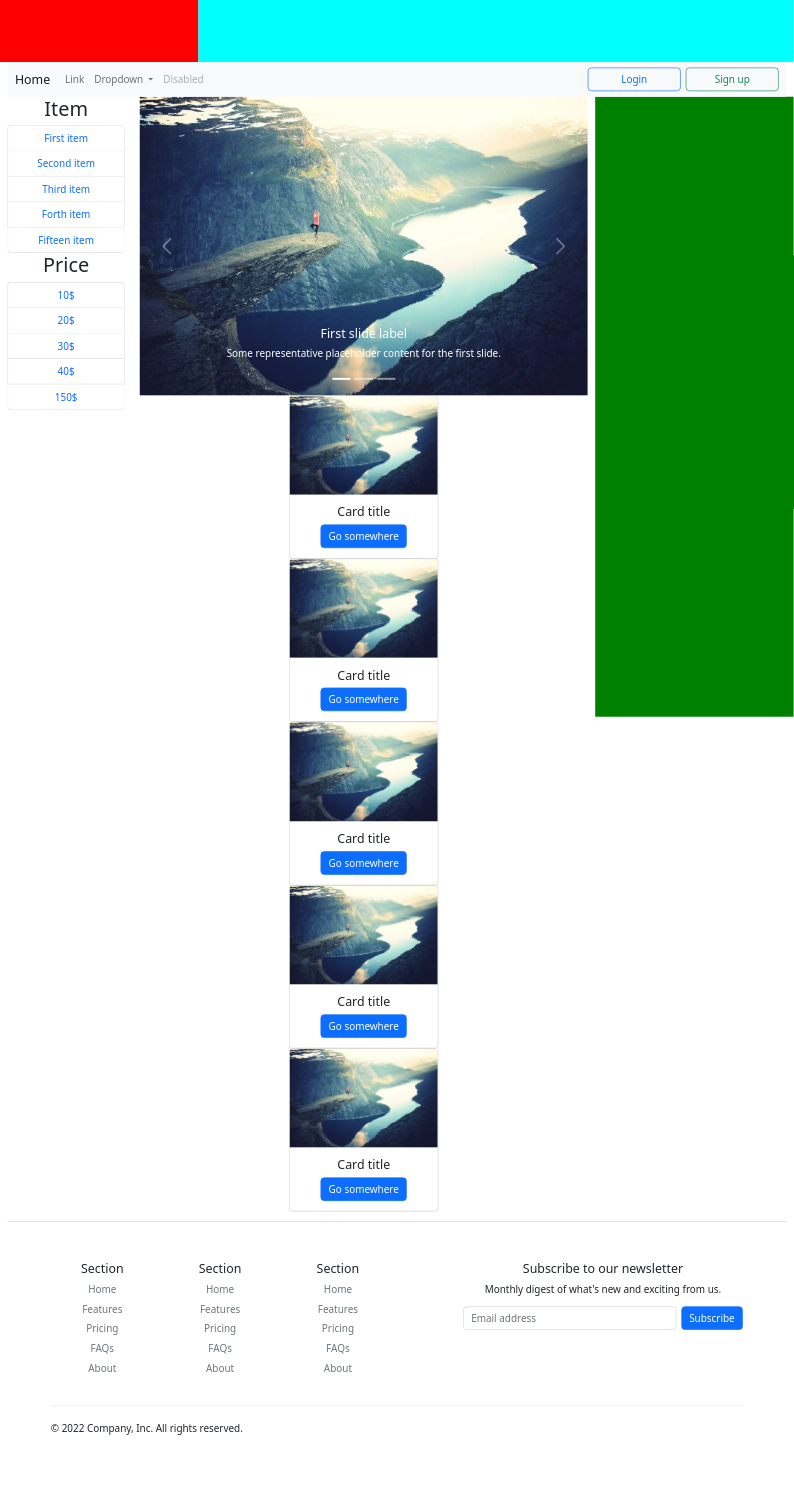
Repository: nguyenhung50497/MD2_bootstrap
Page: BT_giaoDienWeb/index.html
An editor plug-in stored every save of this project. The page is shown before and after a run of saves, followed by the edit.
The browser window is 1280 px wide. The pictures show the whole page, at 62% of full size.

Above is the page before, as saved 2022-11-30 15:55:15.

After the next 4 saves:
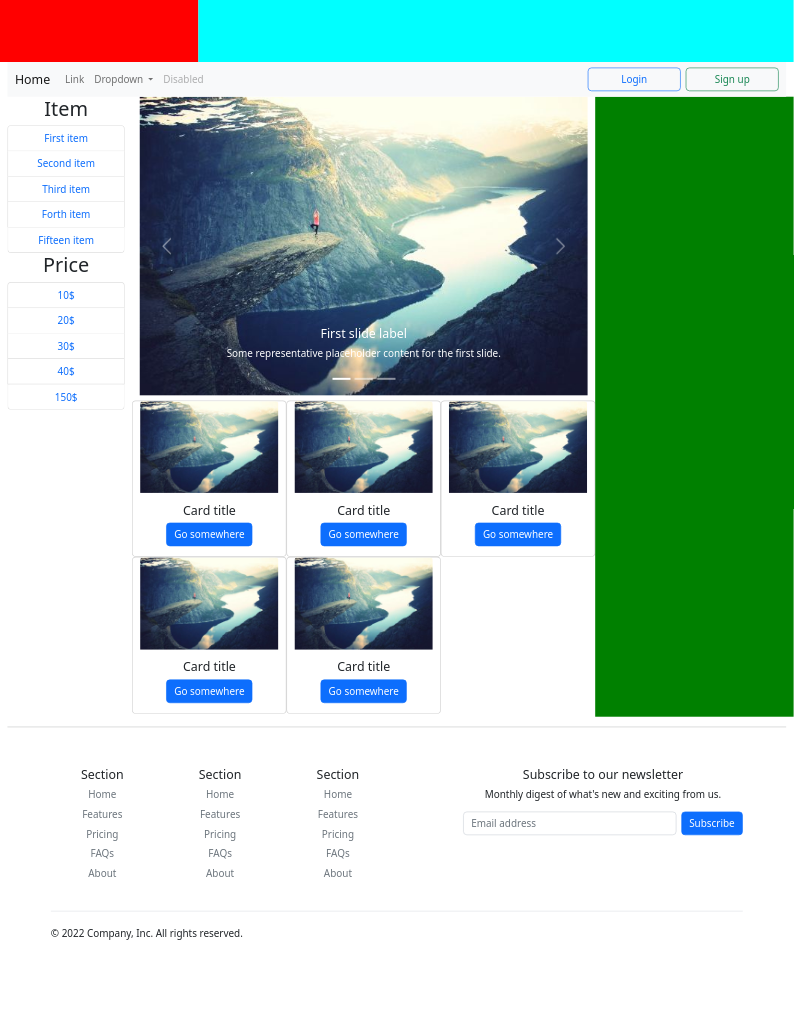
The 4 saves are shown as one change because they came seconds apart.
The last was saved 16 s later.
--- a/BT_giaoDienWeb/index.html
+++ b/BT_giaoDienWeb/index.html
@@ -137,7 +137,7 @@
                     </button>
                 </div>
             </div>
-            <div>
+            <div class="row mt-2">
                 <div class="card col-lg-4">
                     <img src="anh1.jpg" class="card-img-top" alt="...">
                     <div class="card-body">
